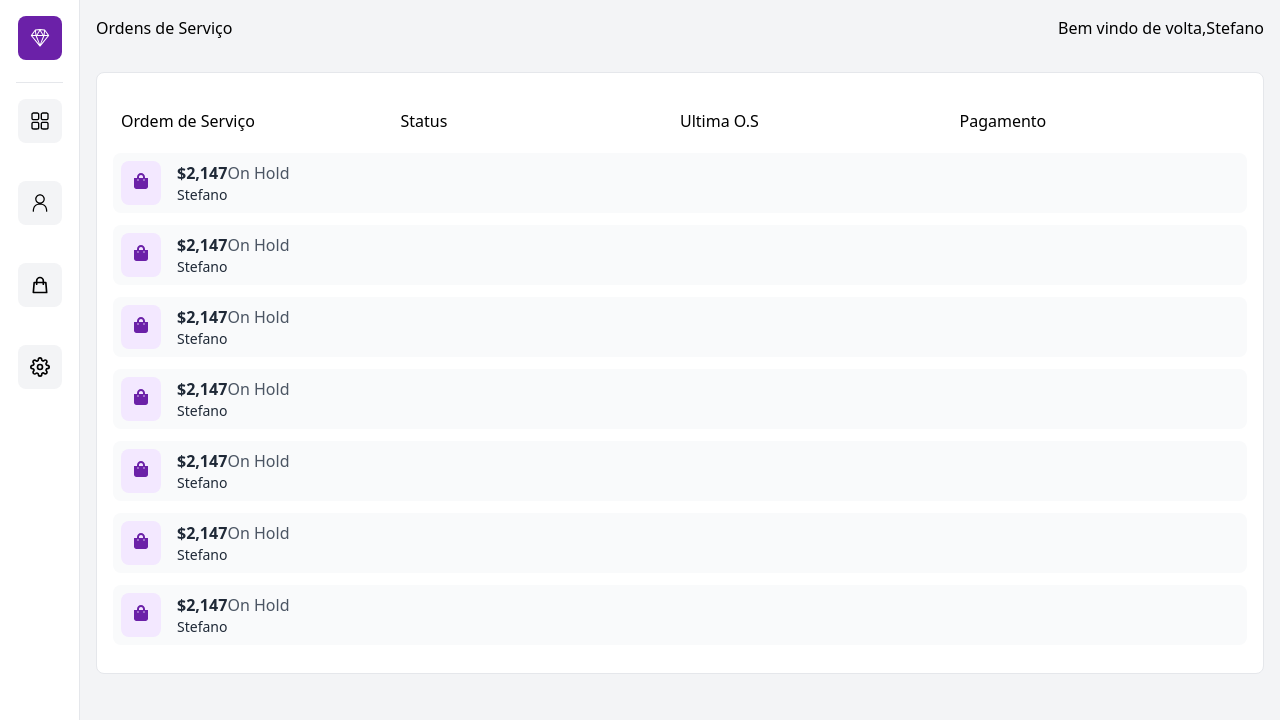
Repository: stefanosousaa/dashboard-next13
Page: /orders
An editor plug-in stored every save of this project. The page is shown before and after the next save, followed by the edit.
The browser window is 1280 px wide. The pictures show the whole page.
The project was rebuilt for these pictures with package versions that can differ from the ones it lists, and the page was loaded fresh each time. The framework's server and built-in components were replaced by stand-ins that run in the browser. Also part of the build but not shown: next.config.js.

Above is the page before, as saved 2023-05-18 18:36:51.

After the next save:
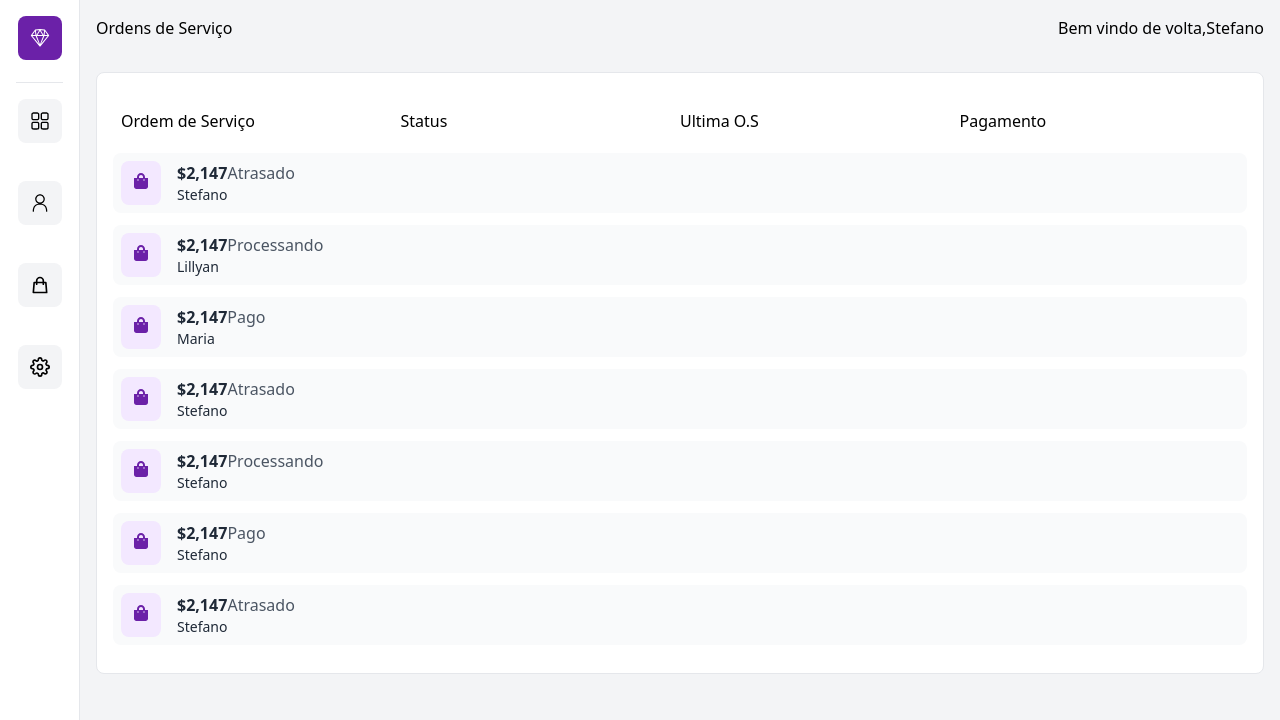
Saved 2 min 26 s later.
--- a/data/data.js
+++ b/data/data.js
@@ -6,29 +6,29 @@ export const data = [
             last: 'Sousa',
         },
         total: 2147.00,
-        status: 'On Hold',
+        status: 'Atrasado',
         method: 'PayPal',
         date: '15 minutos atrás',
     },
     {
         id:2,
         name: {
-            first: 'Stefano',
-            last: 'Sousa',
+            first: 'Lillyan',
+            last: 'Lima',
         },
         total: 2147.00,
-        status: 'On Hold',
+        status: 'Processando',
         method: 'PayPal',
         date: '15 minutos atrás',
     },
     {
         id:3,
         name: {
-            first: 'Stefano',
-            last: 'Sousa',
+            first: 'Maria',
+            last: 'José',
         },
         total: 2147.00,
-        status: 'On Hold',
+        status: 'Pago',
         method: 'PayPal',
         date: '15 minutos atrás',
     },
@@ -39,9 +39,9 @@ export const data = [
             last: 'Sousa',
         },
         total: 2147.00,
-        status: 'On Hold',
+        status: 'Atrasado',
         method: 'PayPal',
-        date: '15 minutos atrás',
+        date: '20 minutos atrás',
     },
     {
         id:5,
@@ -50,9 +50,9 @@ export const data = [
             last: 'Sousa',
         },
         total: 2147.00,
-        status: 'On Hold',
+        status: 'Processando',
         method: 'PayPal',
-        date: '15 minutos atrás',
+        date: '45 minutos atrás',
     },
     {
         id:6,
@@ -61,9 +61,9 @@ export const data = [
             last: 'Sousa',
         },
         total: 2147.00,
-        status: 'On Hold',
+        status: 'Pago',
         method: 'PayPal',
-        date: '15 minutos atrás',
+        date: '5 minutos atrás',
     },
     {
         id:7,
@@ -72,8 +72,8 @@ export const data = [
             last: 'Sousa',
         },
         total: 2147.00,
-        status: 'On Hold',
+        status: 'Atrasado',
         method: 'PayPal',
-        date: '15 minutos atrás',
+        date: '55 minutos atrás',
     },
 ]
